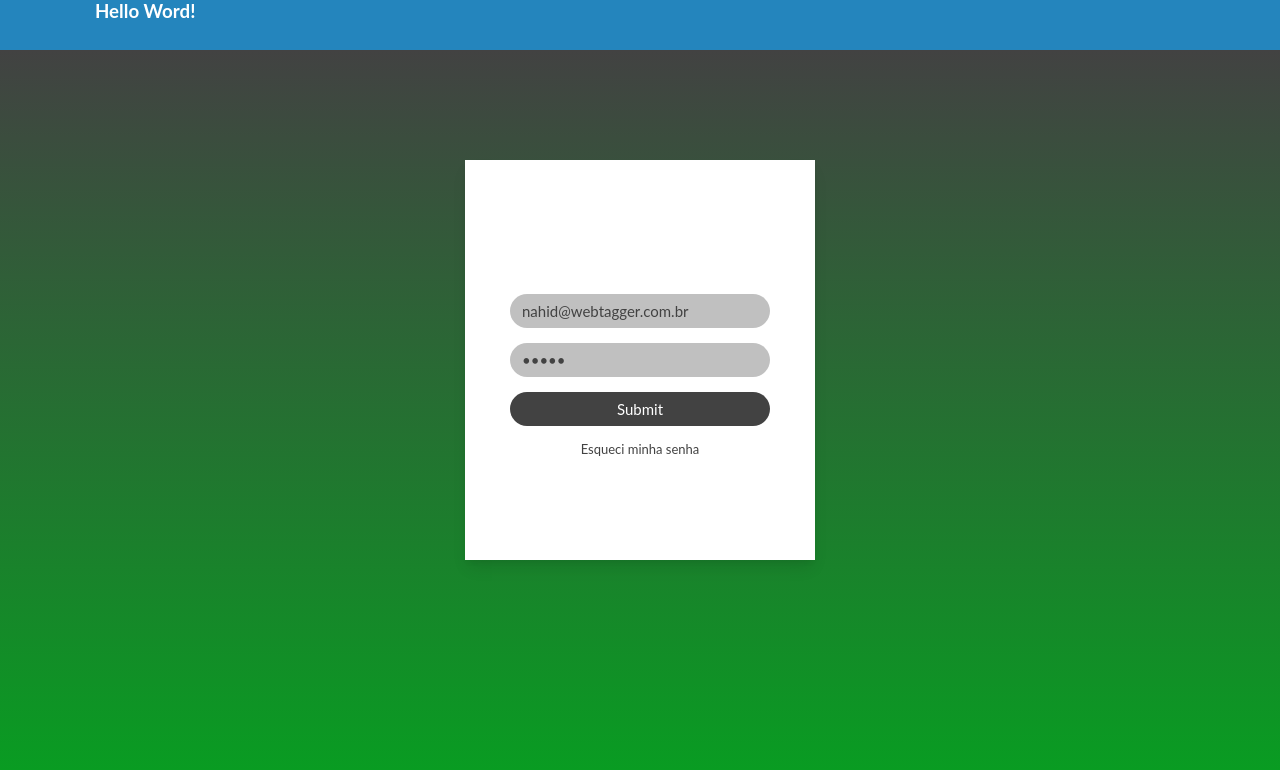
Repository: JoaoNahid/adminSystem
Page: /login (app in client/)
These files come from the project's save history. The page is drawn as it stood at one moment and after the next save; the edit follows.
The browser window is 1280 px wide. The pictures show the whole page.
The project was rebuilt for these pictures with package versions that can differ from the ones it lists, and the page was loaded fresh each time. Also part of the build but not shown: client/src/App.css, client/src/routes/cadastro.js, client/src/routes/home.js, client/src/routes/404.js.

Above is the page before, as saved 2022-04-20 20:48:10.

### client/src/App.js
import logo from './logo.svg';
import React, { useState, useEffect } from "react"
import './App.css';
import './css/style.css';


// Router
import { BrowserRouter as Router, Route, Routes } from 'react-router-dom';
// Telas
import Login from './routes/login.js'
import Cadastro from './routes/cadastro.js'
import Home from './routes/home.js'
import Error from './routes/404.js'
import Header from './routes/header.js'

export default function App() {
  return (
    <Router>
      <div>
        <Header />
        <Routes>
          <Route exact path="/login" element={<Login />} />
          <Route exact path="/cadastro" element={<Cadastro />} />
          <Route exact path="/" element={<Home />} />
          <Route path="*" element={<Error />} />
        </Routes>
      </div>
    </Router>
  )
}

### client/src/css/style.css
body{
  margin: 0;
  padding: 0;
  font-family: 'Lato', sans-serif;
}
*{
  margin: 0;
  padding: 0;
  font-family: 'Lato', sans-serif;
}
:root{
  --cor1: #099c22;
  --cor2: #424242;
}

@import url('https://fonts.googleapis.com/css2?family=Lato:ital,wght@0,100;0,300;0,400;0,700;0,900;1,100;1,300;1,400;1,700;1,900&display=swap');


.container{
  /* width: calc(100% - 80px); */
  margin-left: 80px;
  padding: 0 15px;
}
.nomePagina{
  padding: 8px 0;
  margin-bottom: 15px;
  background-color: #fff;
  display: flex;
  flex-direction: row;
  justify-content: space-between;
  align-items: center;
}

.tituloPagina{
  color: var(--cor2);
  font-size: 30px;
}
.mostrarEstatisticas{
  color: var(--cor2);
  font-size: 30px;
  cursor: pointer;
  transform: rotate(180deg);
}
.flexBox{
  display: flex;
}
.flexRow{
  flex-direction: row;
}
/* SIDEBAR */
.sidebar{
  position: fixed;
  top: 0;
  bottom: 0;
  height: auto;
  width: 70px;
  background-color: var(--cor2);
  box-shadow: 10px 0 0 var(--cor1);
  overflow: hidden;
  transition: 0.5s;
  z-index: 2;
}
.sidebar:hover{
  width: 300px;
}
.sidebar ul{
  position: absolute;
  top: 200px;
  left: 0;
  width: 100%;
  padding-left: 5px;
}
.sidebar ul li{
  position: relative;
  list-style: none;
  width: 100%;
  border-top-left-radius: 20px;
}
.sidebar ul li a{
  position: relative;
  display: flex;
  width: 100%;
  text-decoration: none;
  color: #fff;
}
.sidebar .iconeSidebar{
  position: relative;
  display: block;
  min-width: 60px;
  height: 60px;
  text-align: center;
  line-height: 70px;
}
.sidebar .iconeSidebar ion-icon{
  position: relative;
  font-size: 1.5rem;
  z-index: 1;
}
.sidebar .tituloSidebar{
  position: relative;
  display: block;
  padding-left: 10px;
  height: 60px;
  line-height: 60px;
  white-space: nowrap;
}
.sidebar .active{
  background: var(--cor1);
}
.perfilUsuario{
  position: relative;
  top: 30px;
  display: flex;
  flex-direction: column;
  justify-content: center;
  align-items: center;
}
.fotoUsuario{
  width: 50px;
  height: 50px;
  border-radius: 50%;
  background-size: cover !important;
  background-repeat: no-repeat !important;
  background-position: center !important;
  transition: 0.6s;
}
.sidebar:hover .fotoUsuario{
  width: 100px;
  height: 100px;
}
.sidebar:hover .nomeUsuario,
.sidebar:hover .funcaoUsuario{
  visibility: visible;
  opacity: 1;
  transition: visibility 0s, opacity 0s linear;
}
.nomeUsuario{
  color: #fff;
  font-size: 20px;
  margin-top: 6px;
  visibility: hidden;
  opacity: 0;
  transition: visibility 0s, opacity 0s linear;
}
.funcaoUsuario{
  color: #fff;
  font-size: 15px;
  visibility: hidden;
  opacity: 0;
  transition: visibility 0s, opacity 0s linear;
}
/* FIM SIDEBAR */

/* DASHBOARD */
.areaBlocosEstatisticas{
  display: grid;
  grid-template-columns: repeat(4, 1fr);
  justify-content: center;
  gap: 20px;
  flex-direction: row;
}
@media(max-width: 1064px){
  .areaBlocosEstatisticas{
    grid-template-columns: repeat(2, 1fr);
  }
}
@media(max-width: 651px){
  .areaBlocosEstatisticas{
    grid-template-columns: 1fr;
  }
}
.blocoEstatistica{
  width: auto;
  height: 150px;
  background: var(--cor2);
  color: #fff;
  border-bottom: 3px solid var(--cor1);
  border-top-left-radius: 20px;
  border-top-right-radius: 20px;
  display: flex;
  flex-direction: column;
  justify-content: space-between;
  align-items: center;
  padding: 8px 12px;
}
.tituloEstatistica{
  font-size: 25px;
  text-transform: capitalize;
}
.conteudoEstatistica{
  display: flex;
  flex-direction: row;
  align-items: center;
  justify-content: space-between;
  width: 100%;
  padding-bottom: 25px;
}
.iconeEstatistica{
  width: 85px;
  font-size: 50px;
  z-index: 0;
}
.dadosEstatistica{
  text-align: center;
  width: 100%;
  font-size: 60px;
  color: #fff;
}
.exibirMenu{
  margin-top: -1000px !important;
  transition: .3s;
}
.rotacionarBtn{
  transform: rotate(180deg);
  transition: .7s ease-in;
}
/* FIM DASHBOARD */

/* LOGIN */
#bgAreaLogin{
  background: rgb(9,156,34);
  background: linear-gradient(0deg, rgba(9,156,34,1) 0%, rgba(66,66,66,1) 100%);
  width: 100%;
  height: 100vh;
}
#areaLogin{
  position: absolute;
  top: 0;
  bottom: 0;
  right: 0;
  left: 0;
  margin: auto auto;
  width: 350px;
  height: 400px;
  box-shadow: rgba(0, 0, 0, 0.1) 0px 10px 15px -3px, rgba(0, 0, 0, 0.05) 0px 4px 6px -2px;
  background-color: #fff;
}
.formLogin{
  padding: 15px 45px ;
  display: flex;
  flex-direction: column;
  gap: 15px;
  align-items: center;
  justify-content: center;
  height: 100%;
}
#areaLogin input{
  /* border-top: 0 none;
  border-right: 0 none;
  border-left: 0 none;
  border-color: var(--cor1); */
  border: 0 none;
  background: #42424255;
  color: var(--cor2);
  border-radius: 20px;
  padding: 8px 12px;
  font-size: 15px;
  width: calc(100% - 24px);
}
#areaLogin input::placeholder{
  color: #fff;
}
#areaLogin input:focus{
  outline: none;
}
.btnLogar{
  width: 100% !important;
  background-color: var(--cor2) !important;
  transition: .3s;
  color: #fff !important;
}
.btnLogar:hover{
  background-color: var(--cor1) !important;
  color: #fff !important;
  cursor: pointer;
}
.esqueciASenha{
  font-size: 13px;
  color: var(--cor2);
  text-decoration: none;
}
.esqueciASenha:hover{
  color: inherit;
}

/* FIM LOGIN */

/* Edição Site */
#areaTotalEdicaoSite{
  width: 100%;
}
.menuPaginas{
  display: flex;
  justify-content: center;
  flex-direction: row;
  margin-left: 230px;
  gap: 1px;
  background: var(--cor1);
}
.paginaEdicao{
  padding: 10px 10px;
  background-color: var(--cor2);
  color: #fff;
  width: 100%;
  text-align: center;
}
.paginaEdicao:hover{
  background: var(--cor1);
  cursor: pointer;
}
.menuSectionsPagina{
  width: 230px;
  display: flex;
  flex-direction: column;
  justify-content: center;
  background: var(--cor1);
}
.sectionEdicao{
  background: var(--cor2);
  color: #fff;
  width: calc(100% - 25px);
  text-align: left;
  padding: 16px 12px;
  text-decoration: none;
}
.sectionEdicao:hover{
  background: var(--cor1);
  cursor: pointer;
}
.boxFormEdicao{
  padding: 20px;
  width: calc(100% - 267px);
  border: solid 1px var(--cor2);
  border-left: solid 1px var(--cor1);
}
.tituloCampo{
  font-size: 18px;
  color: var(--cor2);
  margin-bottom: 10px;
}
.menuAtivo{
  background-color: var(--cor1);
}
/* Fim Edição Site */


/* INPUTS */
input:focus{
  outline: 0;
}
.formEdicao input{
  border-top: 0 none;
  border-right: 0 none;
  border-left: 0 none;
  border-bottom: 2px solid var(--cor2);
  padding: 0 5px 2px;
  font-size: 15px;
  transition: 0.3s;
  width: 100%;
}
.formEdicao input:focus{
  border-color: var(--cor1);
}
/* FIM INPUTS */

#headerArea{
  height: 50px;
  width: 100%;
  background-color: rgb(36, 133, 189);
  color: #fff;
}

/* PAGINA DE ERRO */
#errorPage{
  width: 100%;
  text-align: center;
  padding-top: 50px;
}

### client/src/routes/login.js
import React, { Component} from "react"
import Axios from "axios"
import md5 from "md5-hash"

export default class Login extends Component{
    constructor() {
        super()

        this.state = {
            usuario: "nahid@webtagger.com.br",
            senha: "teste",
            email: ""
        }
    }

    logar = (e) => {
        // 'http://localhost:3001/login/'+this.state.email+'/'+this.state.senha
        Axios.get('http://localhost:3001/login/'+this.state.usuario+'/'+md5(this.state.senha)).then((response) => {
            console.log(response)
            var dadosDoServidor = response.data[0]
            console.log(dadosDoServidor)
            if(dadosDoServidor != undefined){
                localStorage.setItem("id", dadosDoServidor.idUsuario)
                localStorage.setItem("email", dadosDoServidor.email)
                window.location.href = "/home"
            } else {
                window.alert('Login Inválido')
            }

        })
        e.preventDefault()
    }

    render() {
        return (
            <div id="bgAreaLogin">
                <div id="areaLogin" className="">
                    <div className="logoAreaLogin">

                    </div>
                    <form className="formLogin" method="post">
                        <input className="inputCampo" type="text" autoComplete="off" placeholder="Usuário" name="usuario" defaultValue={this.state.usuario} onChange={(e) => (this.setState({usuario: e.target.value}))} />
                        <input className="inputCampo" type="password" autoComplete="off" placeholder="Senha" name="senha" defaultValue={this.state.senha} onChange={(e) => (this.setState({ senha: e.target.value }))}/>

                        <input className="btnLogar" type="submit" name="logar" defaultValue="Login" onClick={(e) => this.logar(e)} />
                        <a className="esqueciASenha" href="esqueci-a-senha.php">Esqueci minha senha</a>
                    </form>
                </div>
            </div>
        )
    }
}

### client/src/routes/header.js
import React, { Component } from "react"

export default function Header() {

    return(
        <div id="headerArea">
            <div className="container">
                <h3>Hello Word!</h3>
            </div>
        </div>
    )
}

Loaded but not shown: client/public/index.html (common file); client/src/index.js (common file); client/src/index.css (common file); client/src/reportWebVitals.js (common file)

After the next save:
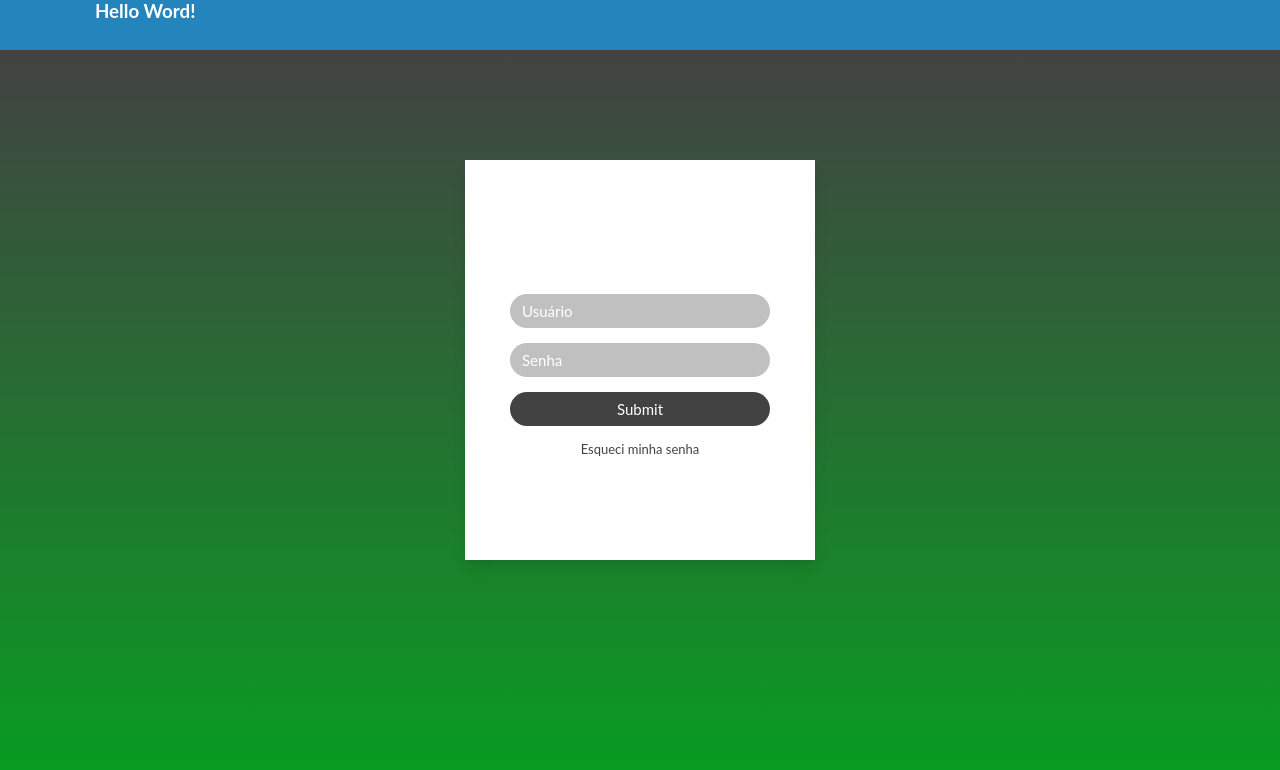
Saved 54 s later.
--- a/client/src/routes/login.js
+++ b/client/src/routes/login.js
@@ -7,8 +7,8 @@ export default class Login extends Component{
         super()
 
         this.state = {
-            usuario: "nahid@webtagger.com.br",
-            senha: "teste",
+            usuario: "",
+            senha: "",
             email: ""
         }
     }
